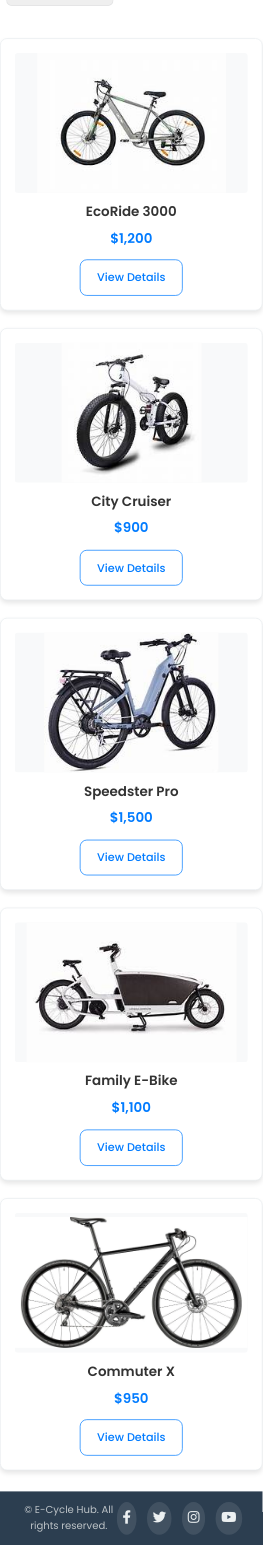
Repository: Rutuja-g/E-Cycle-Hub
Page: public/products.html
The author's editor kept a copy of each file at every save. The page is drawn from the files as they stood at one save, then again after the next save.
The browser window is 375 px wide. The pictures show the part of the page from y = 382 to 2622 px (the page is 2589 px tall before and 2622 px after), at 70% of full size.

Above is the page before, as saved 2025-10-24 16:14:20.
Console error: SyntaxError: Unexpected token 'export'

### public/products.html
<!DOCTYPE html>
<html lang="en">
  <head>
    <meta charset="UTF-8" />
    <meta name="viewport" content="width=device-width, initial-scale=1.0" />
    <title>Products - E-Cycle Hub</title>
    <link rel="preconnect" href="https://fonts.googleapis.com" />
    <link rel="preconnect" href="https://fonts.gstatic.com" crossorigin />
    <link
      href="https://fonts.googleapis.com/css2?family=Poppins:wght@300;400;500;600;700&display=swap"
      rel="stylesheet"
    />
    <link rel="icon" href="favicon.ico" type="image/x-icon" />
    <link rel="stylesheet" href="css/reset.css" />
    <link rel="stylesheet" href="css/variables.css" />
    <link rel="stylesheet" href="css/main.css" />
    <link
      rel="stylesheet"
      href="https://cdnjs.cloudflare.com/ajax/libs/font-awesome/6.0.0/css/all.min.css"
    />
  </head>
  <body>
    <header>
      <div id="header"></div>
    </header>

    <main>
      <section class="shop-products">
        <h2>All Bicycles</h2>
        <div class="product-search">
          <input
            type="text"
            id="searchInput"
            placeholder="Search for electric bicycles..."
          />
          <select id="categorySelect">
            <option value="all">All Categories</option>
          </select>
          <select id="sortSelect">
            <option value="">Default</option>
            <option value="price-asc">Price Low to High</option>
            <option value="price-desc">Price High to Low</option>
            <option value="popularity">Popularity</option>
          </select>
        </div>
        <div class="product-list" id="product-list">
          <!-- Product cards will be dynamically inserted here -->
        </div>
      </section>
    </main>

    <footer>
      <div id="footer"></div>
    </footer>

    <script src="js/components.js"></script>
    <script src="js/main.js"></script>
    <script src="js/api.js"></script>
    <script src="js/store.js"></script>
    <script src="js/cart.js"></script>
  </body>
</html>

### public/css/reset.css
html
/* CSS Reset */
* {
    margin: 0;
    padding: 0;
    box-sizing: border-box;
}

html, body {
    height: 100%;
    font-family: Arial, sans-serif;
}

img {
    max-width: 100%;
    height: auto;
}

a {
    text-decoration: none;
    color: inherit;
}

ul {
    list-style: none;
}

button {
    cursor: pointer;
}

### public/css/variables.css
:root {
  --primary-color: #007bff; /* Electric Blue */
  --secondary-color: #0056b3; /* Darker Blue for hover */
  --background-color: #ffffff; /* White */
  --text-color: #333333; /* Dark Gray */
  --muted: #6c757d; /* Muted text */
  --font-family: "Poppins", sans-serif; /* Modern Font */
  --font-size-base: 16px; /* Base Font Size */
  --font-size-large: 1.25rem; /* Large Font Size */
  --font-size-small: 0.875rem; /* Small Font Size */
  --border-radius: 10px; /* Rounded Corners */
  --box-shadow: 0 4px 8px rgba(0, 0, 0, 0.1); /* Subtle Box Shadow */
  --box-shadow-hover: 0 6px 12px rgba(0, 0, 0, 0.15); /* Hover Shadow */
  --transition: all 0.3s ease; /* Smooth Transitions */
}

### public/css/main.css
/* Main styles for E-Cycle Hub */

/* Reset some default styles */
body {
  margin: 0;
  font-family: var(--font-family);
  line-height: 1.6;
  color: var(--text-color);
  background-color: var(--background-color);
}

h1,
h2,
h3,
h4,
h5,
h6 {
  margin: 0;
  color: var(--text-color);
  font-weight: 600;
}

a {
  text-decoration: none;
  color: var(--primary-color);
  transition: var(--transition);
}

a:hover {
  color: var(--secondary-color);
}

/* Layout styles */
.container {
  width: 90%;
  max-width: 1200px;
  margin: auto;
}

/* Navbar styles */
.navbar {
  background: var(--background-color);
  box-shadow: var(--box-shadow);
  position: sticky;
  top: 0;
  z-index: 1000;
}

.nav-container {
  max-width: 1200px;
  margin: 0 auto;
  padding: 0 20px;
  display: flex;
  justify-content: space-between;
  align-items: center;
  height: 70px;
}

.logo a {
  font-size: 1.5em;
  font-weight: bold;
  display: flex;
  align-items: center;
  gap: 10px;
  color: var(--text-color);
  text-decoration: none;
}

.logo img {
  height: 40px;
  width: auto;
}

.nav-links {
  list-style: none;
  display: flex;
  gap: 30px;
  margin: 0;
  padding: 0;
}

.nav-links li {
  position: relative;
}

.nav-link {
  color: var(--text-color);
  text-decoration: none;
  padding: 10px 15px;
  border-radius: var(--border-radius);
  transition: all 0.3s ease;
  font-weight: 500;
}

.nav-link:hover,
.nav-link.active {
  background: var(--primary-color);
  color: white;
}

.nav-toggle {
  display: none;
  flex-direction: column;
  cursor: pointer;
  gap: 4px;
}

.nav-toggle span {
  width: 25px;
  height: 3px;
  background: var(--text-color);
  transition: 0.3s;
}

.main-content {
  padding: 20px 0;
}

/* Hero section styles */
.hero {
  position: relative;
  display: flex;
  align-items: center;
  justify-content: center;
  min-height: 400px;
  overflow: hidden;
}

.hero-banner {
  position: absolute;
  top: 0;
  left: 0;
  width: 100%;
  height: 100%;
  object-fit: cover;
  z-index: -1;
}

.hero-content {
  text-align: center;
  color: white;
  background: rgba(0, 0, 0, 0.5);
  padding: 20px;
  border-radius: 8px;
}

.hero h1 {
  font-size: 2.5em;
  margin-bottom: 10px;
}

.hero p {
  font-size: 1.2em;
  margin-bottom: 20px;
}

.btn {
  display: inline-block;
  padding: 12px 24px;
  background: var(--primary-color);
  color: white;
  border-radius: var(--border-radius);
  transition: var(--transition);
  font-weight: 500;
  border: none;
  cursor: pointer;
}

.btn:hover {
  background: var(--secondary-color);
  transform: translateY(-2px);
  box-shadow: var(--box-shadow-hover);
}

.btn.ghost {
  background: transparent;
  color: var(--primary-color);
  border: 1px solid var(--primary-color);
}

.btn.ghost:hover {
  background: var(--primary-color);
  color: white;
}

/* Responsive styles */
@media (max-width: 768px) {
  .container {
    width: 95%;
  }

  .header,
  .footer {
    padding: 15px 0;
  }

  .hero {
    min-height: 300px;
  }

  .hero h1 {
    font-size: 2em;
  }

  .hero p {
    font-size: 1em;
  }

  .product-search {
    flex-direction: column;
  }

  .product-search input,
  .product-search select {
    width: 100%;
  }
}

@media (max-width: 480px) {
  .hero {
    flex-direction: column;
    text-align: center;
  }

  .hero-content {
    padding: 15px;
  }

  .hero h1 {
    font-size: 1.8em;
  }

  .hero p {
    font-size: 0.9em;
  }

  /* Navbar responsive */
  .nav-toggle {
    display: flex;
  }

  .nav-links {
    position: absolute;
    top: 100%;
    left: 0;
    width: 100%;
    background: var(--background-color);
    flex-direction: column;
    padding: 20px 0;
    box-shadow: var(--box-shadow);
    display: none;
  }

  .nav-links.active {
    display: flex;
  }

  .nav-link {
    padding: 15px 20px;
    border-bottom: 1px solid rgba(0, 0, 0, 0.1);
  }

  .nav-link:hover,
  .nav-link.active {
    background: var(--primary-color);
    color: white;
    border-bottom: none;
  }

  /* Footer responsive */
  .footer-content {
    grid-template-columns: 1fr;
    text-align: center;
  }

  .social-icons {
    justify-content: center;
  }

  /* Grid responsive */
  .grid--featured {
    grid-template-columns: repeat(auto-fit, minmax(200px, 1fr));
  }
}

/* Product card styles (updated for .card class used by main.js) */
.card {
  border: 1px solid #e9ecef;
  border-radius: var(--border-radius);
  padding: 20px;
  text-align: center;
  background: var(--background-color);
  box-shadow: var(--box-shadow);
  transition: var(--transition);
  display: flex;
  flex-direction: column;
  height: 100%;
}

.card:hover {
  transform: translateY(-5px);
  box-shadow: var(--box-shadow-hover);
}

.card img {
  max-width: 100%;
  height: 200px;
  object-fit: contain;
  border-radius: 5px;
  margin-bottom: 15px;
  background-color: #f8f9fa;
}

.card .card-body {
  flex: 1;
  display: flex;
  flex-direction: column;
  justify-content: space-between;
}

.card .card-title {
  margin: 0 0 10px 0;
  font-size: 1.2em;
  line-height: 1.3;
}

.card .price {
  color: var(--primary-color);
  font-weight: 600;
  font-size: 1.2em;
  margin-bottom: 15px;
}

.card .btn {
  margin-top: auto;
  align-self: center;
}

/* Product search styles */
.product-search {
  display: flex;
  gap: 16px;
  margin-bottom: 24px;
  flex-wrap: wrap;
}

.product-search input,
.product-search select {
  padding: 12px;
  border: 1px solid #e9ecef;
  border-radius: var(--border-radius);
  font-family: var(--font-family);
  transition: var(--transition);
}

.product-search input:focus,
.product-search select:focus {
  outline: none;
  border-color: var(--primary-color);
  box-shadow: 0 0 0 2px rgba(0, 123, 255, 0.25);
}

/* Featured products grid */
.grid--featured,
.grid--shop,
.product-list {
  display: grid;
  grid-template-columns: repeat(auto-fit, minmax(300px, 1fr));
  gap: 25px;
  padding: 30px 0;
}

/* Cart styles */
.cart-item {
  display: flex;
  justify-content: space-between;
  padding: 16px 0;
  border-bottom: 1px solid #e9ecef;
}

.cart-item img {
  width: 50px;
  height: auto;
}

.cart-total {
  font-weight: bold;
  font-size: 1.2em;
}

/* Checkout styles */
.checkout-form {
  display: flex;
  flex-direction: column;
  gap: 16px;
}

.checkout-form input,
.checkout-form button {
  margin: 0;
  padding: 12px;
  border: 1px solid #e9ecef;
  border-radius: var(--border-radius);
  font-family: var(--font-family);
}

.checkout-form button {
  background: var(--primary-color);
  color: white;
  cursor: pointer;
  transition: var(--transition);
}

.checkout-form button:hover {
  background: var(--secondary-color);
}

/* Product details styles */
.product-details {
  max-width: 1200px;
  margin: 0 auto;
  padding: 20px;
  display: flex;
  flex-direction: column;
  gap: 20px;
}

.back-link {
  color: var(--primary-color, #4caf50);
  font-weight: bold;
  margin-bottom: 20px;
  display: inline-block;
}

.back-link:hover {
  color: var(--link-hover-color, #388e3c);
}

.product-image {
  flex: 1;
  max-width: 600px;
  margin: 0 auto;
}

.product-image img {
  width: 100%;
  height: auto;
  border-radius: 8px;
  box-shadow: 0 4px 10px rgba(0, 0, 0, 0.1);
}

.product-info {
  flex: 1;
  padding: 24px;
  background: var(--background-color);
  border-radius: var(--border-radius);
  box-shadow: var(--box-shadow);
}

.product-info h1 {
  font-size: 2em;
  margin-bottom: 10px;
}

.product-price {
  font-size: 1.5em;
  color: var(--primary-color);
  font-weight: 600;
  margin-bottom: 24px;
}

.product-info p {
  line-height: 1.6;
  margin-bottom: 20px;
}

.product-info .btn {
  margin-top: 20px;
}

/* Responsive for product details */
@media (max-width: 768px) {
  .product-details {
    flex-direction: column;
  }

  .product-image,
  .product-info {
    flex: none;
    width: 100%;
  }

  .product-info {
    padding: 15px;
  }

  .product-info h1 {
    font-size: 1.8em;
  }

  .product-price {
    font-size: 1.3em;
  }
}

/* Footer styles */
.footer {
  background: #2c3e50;
  color: #ecf0f1;
  padding: 15px 0;
  margin-top: auto;
}

.footer-content {
  display: flex;
  justify-content: space-between;
  align-items: center;
  max-width: 1200px;
  margin: 0 auto;
  padding: 0 20px;
}

.footer-content p {
  margin: 0;
  color: #bdc3c7;
  font-size: 0.9em;
}

.social-icons {
  display: flex;
  gap: 15px;
}

.social-icons a {
  color: #ecf0f1;
  font-size: 1.2em;
  transition: all 0.3s;
  padding: 8px;
  border-radius: 50%;
  background: rgba(255, 255, 255, 0.1);
}

.social-icons a:hover {
  color: var(--primary-color);
  background: rgba(255, 255, 255, 0.2);
  transform: translateY(-2px);
}

/* Add error styles */
.error {
  color: red;
  font-size: 0.9em;
  margin-top: 5px;
  display: none;
}

/* Success popup styles */
.success-popup {
  position: fixed;
  top: 0;
  left: 0;
  width: 100%;
  height: 100%;
  background-color: rgba(0, 0, 0, 0.5);
  display: flex;
  justify-content: center;
  align-items: center;
  z-index: 1000;
}

.popup-content {
  background-color: var(--background-color);
  padding: 24px;
  border-radius: var(--border-radius);
  text-align: center;
  box-shadow: var(--box-shadow);
}

.popup-content h3 {
  margin-bottom: 10px;
  color: var(--primary-color);
}

.popup-content button {
  background-color: var(--primary-color);
  color: white;
  border: none;
  padding: 12px 24px;
  border-radius: var(--border-radius);
  cursor: pointer;
  margin-top: 16px;
  transition: var(--transition);
}

.popup-content button:hover {
  background-color: var(--secondary-color);
}

### public/js/components.js
// components.js - Dynamic loading of header and footer components

(function () {
  // Load component into element
  async function loadComponent(componentPath, targetElement) {
    try {
      const response = await fetch(componentPath);
      if (!response.ok) {
        throw new Error(`Failed to load ${componentPath}: ${response.status}`);
      }
      const html = await response.text();
      targetElement.innerHTML = html;
    } catch (error) {
      console.error(`Error loading component ${componentPath}:`, error);
      targetElement.innerHTML = "<p>Error loading component</p>";
    }
  }

  // Load header and footer on page load
  document.addEventListener("DOMContentLoaded", function () {
    const headerElement = document.getElementById("header");
    const footerElement = document.getElementById("footer");

    if (headerElement) {
      loadComponent("components/header.html", headerElement);
    }

    if (footerElement) {
      loadComponent("components/footer.html", footerElement);
    }
  });
})();

### public/js/api.js
// This file contains functions for fetching and managing product data, including CRUD operations.

const apiUrl = 'https://api.example.com/products'; // Replace with your actual API endpoint

// Fetch all products
async function fetchProducts() {
    try {
        const response = await fetch(apiUrl);
        if (!response.ok) {
            throw new Error('Network response was not ok');
        }
        const products = await response.json();
        return products;
    } catch (error) {
        console.error('Error fetching products:', error);
    }
}

// Fetch a single product by ID
async function fetchProductById(productId) {
    try {
        const response = await fetch(`${apiUrl}/${productId}`);
        if (!response.ok) {
            throw new Error('Network response was not ok');
        }
        const product = await response.json();
        return product;
    } catch (error) {
        console.error('Error fetching product:', error);
    }
}

// Create a new product (for admin use)
async function createProduct(productData) {
    try {
        const response = await fetch(apiUrl, {
            method: 'POST',
            headers: {
                'Content-Type': 'application/json',
            },
            body: JSON.stringify(productData),
        });
        if (!response.ok) {
            throw new Error('Network response was not ok');
        }
        const newProduct = await response.json();
        return newProduct;
    } catch (error) {
        console.error('Error creating product:', error);
    }
}

// Update an existing product (for admin use)
async function updateProduct(productId, productData) {
    try {
        const response = await fetch(`${apiUrl}/${productId}`, {
            method: 'PUT',
            headers: {
                'Content-Type': 'application/json',
            },
            body: JSON.stringify(productData),
        });
        if (!response.ok) {
            throw new Error('Network response was not ok');
        }
        const updatedProduct = await response.json();
        return updatedProduct;
    } catch (error) {
        console.error('Error updating product:', error);
    }
}

// Delete a product (for admin use)
async function deleteProduct(productId) {
    try {
        const response = await fetch(`${apiUrl}/${productId}`, {
            method: 'DELETE',
        });
        if (!response.ok) {
            throw new Error('Network response was not ok');
        }
        return true; // Successfully deleted
    } catch (error) {
        console.error('Error deleting product:', error);
    }
}

### public/js/store.js
// This file manages localStorage interactions for saving and retrieving product data.

const store = {
    saveProducts: function(products) {
        localStorage.setItem('products', JSON.stringify(products));
    },
    getProducts: function() {
        const products = localStorage.getItem('products');
        return products ? JSON.parse(products) : [];
    },
    saveCart: function(cart) {
        localStorage.setItem('cart', JSON.stringify(cart));
    },
    getCart: function() {
        const cart = localStorage.getItem('cart');
        return cart ? JSON.parse(cart) : [];
    },
    clearCart: function() {
        localStorage.removeItem('cart');
    }
};

export default store;

### public/js/cart.js
// ...existing code...
/*
  cart.js
  - Reads cart from localStorage (key: 'ecycle_cart')
  - Renders list with quantity controls and remove
  - Updates totals live and persists changes
  - Checkout clears cart and shows success message
*/

(function () {
  const CART_KEY = "ecycle_cart";

  function getCart() {
    try {
      const raw = localStorage.getItem(CART_KEY);
      const cart = raw ? JSON.parse(raw) : [];
      if (!Array.isArray(cart)) {
        console.warn("Cart data is not an array, resetting to empty.");
        return [];
      }
      return cart;
    } catch (e) {
      console.error("Failed to parse cart from localStorage:", e);
      return [];
    }
  }

  function saveCart(cart) {
    try {
      localStorage.setItem(CART_KEY, JSON.stringify(cart));
    } catch (e) {
      console.warn("Failed to save cart", e);
    }
  }

  function formatPrice(n = 0) {
    return Number(n).toLocaleString(undefined, {
      minimumFractionDigits: 2,
      maximumFractionDigits: 2,
    });
  }

  function elem(tag, cls) {
    const el = document.createElement(tag);
    if (cls) el.className = cls;
    return el;
  }

  function renderEmpty(container) {
    container.innerHTML =
      '<div class="empty"><p>Your cart is empty.</p><p><a href="products.html" class="btn ghost">Continue shopping</a></p></div>';
    document.getElementById("total-price").textContent = formatPrice(0);
    document.getElementById("checkout-button").disabled = true;
  }

  function renderCart() {
    const container = document.getElementById("cart-items");
    const cart = getCart();
    container.innerHTML = "";
    if (!cart.length) {
      renderEmpty(container);
      return;
    }

    cart.forEach((item) => {
      const row = elem("div", "cart-item");
      row.dataset.id = item.id;

      const img = elem("img");
      img.src = item.image || "img/placeholder.png";
      img.alt = item.name || "Bike";

      const meta = elem("div", "item-meta");
      const title = elem("h4");
      title.textContent = item.name || "Unnamed";
      const sub = elem("p");
      sub.innerHTML = `$${formatPrice(
        item.price
      )} <span style="color:var(--muted)">× ${item.quantity}</span>`;
      meta.appendChild(title);
      meta.appendChild(sub);

      const controls = elem("div", "qty-controls");
      const minus = elem("button");
      minus.type = "button";
      minus.innerText = "−";
      minus.title = "Decrease quantity";
      minus.dataset.action = "decrease";
      const qty = elem("span");
      qty.textContent = item.quantity;
      qty.style.minWidth = "28px";
      qty.style.textAlign = "center";
      const plus = elem("button");
      plus.type = "button";
      plus.innerText = "+";
      plus.title = "Increase quantity";
      plus.dataset.action = "increase";

      const remove = elem("button", "remove-btn");
      remove.type = "button";
      remove.innerText = "Remove";
      remove.dataset.action = "remove";

      controls.appendChild(minus);
      controls.appendChild(qty);
      controls.appendChild(plus);

      row.appendChild(img);
      row.appendChild(meta);
      row.appendChild(controls);
      row.appendChild(remove);

      container.appendChild(row);
    });

    updateTotal();
    document.getElementById("checkout-button").disabled = false;
  }

  function findIndex(cart, id) {
    return cart.findIndex((i) => String(i.id) === String(id));
  }

  function updateTotal() {
    const cart = getCart();
    const total = cart.reduce(
      (s, i) => s + Number(i.price) * Number(i.quantity || 1),
      0
    );
    document.getElementById("total-price").textContent = formatPrice(total);
  }

  // Event delegation for cart item actions
  function setupEvents() {
    const container = document.getElementById("cart-items");

    container.addEventListener("click", function (e) {
      const btn = e.target.closest("button");
      if (!btn) return;
      const action = btn.dataset.action;
      const row = btn.closest(".cart-item");
      if (!row) return;
      const id = row.dataset.id;
      let cart = getCart();
      const idx = findIndex(cart, id);
      if (idx === -1) return;

      if (action === "increase") {
        cart[idx].quantity = (Number(cart[idx].quantity) || 0) + 1;
      } else if (action === "decrease") {
        cart[idx].quantity = (Number(cart[idx].quantity) || 0) - 1;
        if (cart[idx].quantity <= 0) {
          cart.splice(idx, 1);
        }
      } else if (action === "remove") {
        cart.splice(idx, 1);
      } else {
        return;
      }

      saveCart(cart);
      renderCart();
    });

    // Checkout
    const checkoutBtn = document.getElementById("checkout-button");
    const clearBtn = document.getElementById("clear-button");
    const notify = document.getElementById("notify");

    checkoutBtn.addEventListener("click", function () {
      const cart = getCart();
      if (!cart.length) return;

      // Check if user is logged in
      const isLoggedIn = localStorage.getItem("isLoggedIn") === "true";
      if (!isLoggedIn) {
        alert("Please log in to continue checkout.");
        // Store current page for redirect after login
        localStorage.setItem("redirectAfterLogin", "cart.html");
        window.location.href = "login.html";
        return;
      }

      // Redirect to checkout page
      window.location.href = "checkout.html";
    });

    clearBtn.addEventListener("click", function () {
      localStorage.removeItem(CART_KEY);
      renderCart();
      const n = document.getElementById("notify");
      n.textContent = "Cart cleared";
      n.style.display = "block";
      setTimeout(() => {
        n.style.display = "none";
      }, 2000);
    });
  }

  document.addEventListener("DOMContentLoaded", function () {
    // initialize helpers from main.js (nav + year) remain in main.js
    renderCart();
    setupEvents();
  });
})();

### public/components/header.html
<nav class="navbar">
  <div class="nav-container">
    <div class="logo">
      <a href="index.html">
        <img src="assets/images/logo.jpg" alt="E-Cycle Hub Logo" />
        <span>E-Cycle Hub</span>
      </a>
    </div>
    <div class="nav-toggle" id="navToggle">
      <span></span>
      <span></span>
      <span></span>
    </div>
    <ul class="nav-links" id="navLinks">
      <li><a href="index.html" class="nav-link">Home</a></li>
      <li><a href="shop.html" class="nav-link">Shop</a></li>
      <li><a href="cart.html" class="nav-link">Cart</a></li>
      <li><a href="login.html" class="nav-link">Login</a></li>
    </ul>
  </div>
</nav>

### public/components/footer.html
<footer class="footer">
  <div class="container">
    <div class="footer-content">
      <p>&copy; <span id="year"></span> E-Cycle Hub. All rights reserved.</p>
      <div class="social-icons">
        <a href="#" aria-label="Facebook"><i class="fab fa-facebook-f"></i></a>
        <a href="#" aria-label="Twitter"><i class="fab fa-twitter"></i></a>
        <a href="#" aria-label="Instagram"><i class="fab fa-instagram"></i></a>
        <a href="#" aria-label="YouTube"><i class="fab fa-youtube"></i></a>
      </div>
    </div>
  </div>
</footer>

Loaded but not shown: public/assets/data/products.json (47 lines, source omitted); public/js/main.js (353 lines, source omitted)

After the next save:
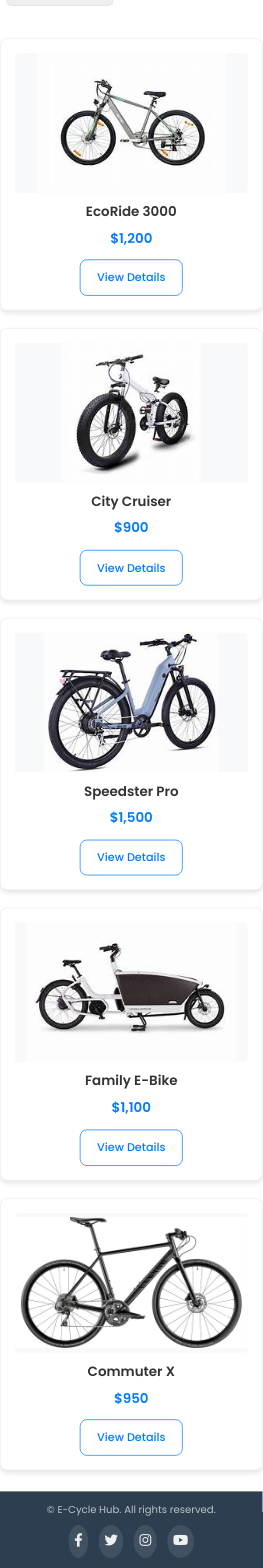
Saved 21 s later.
--- a/public/css/main.css
+++ b/public/css/main.css
@@ -213,6 +213,17 @@ a:hover {
   .product-search input,
   .product-search select {
     width: 100%;
+  }
+
+  /* Footer responsive */
+  .footer-content {
+    flex-direction: column;
+    gap: 10px;
+    text-align: center;
+  }
+
+  .social-icons {
+    justify-content: center;
   }
 }
 
@@ -267,16 +278,6 @@ a:hover {
     border-bottom: none;
   }
 
-  /* Footer responsive */
-  .footer-content {
-    grid-template-columns: 1fr;
-    text-align: center;
-  }
-
-  .social-icons {
-    justify-content: center;
-  }
-
   /* Grid responsive */
   .grid--featured {
     grid-template-columns: repeat(auto-fit, minmax(200px, 1fr));
